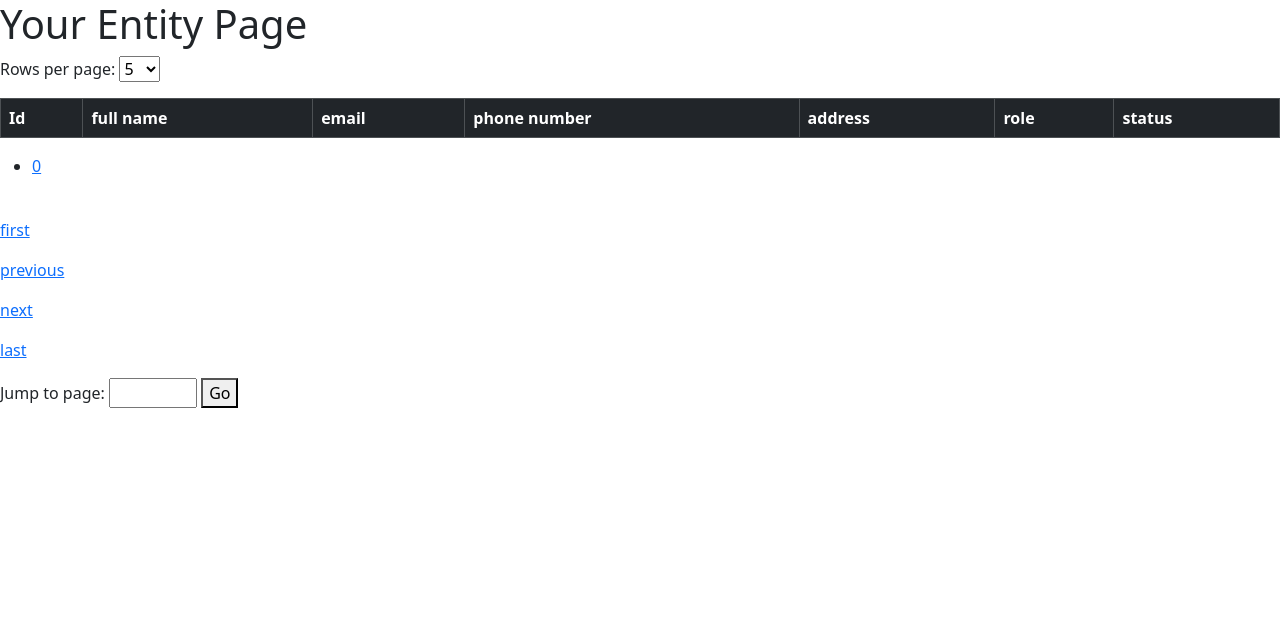
Repository: haitmq97/java-lab
Page: http://localhost/PRJ321x_Project1_haitmqfx22585/WEB-INF/views/page-list.jsp
These files come from the project's save history. The page is drawn as it stood at one moment and after the next save; the edit follows.
The browser window is 1280 px wide. The pictures show the whole page.
The page is served by Tomcat 9. Nobody is signed in. The template is opened directly, without the code that normally fills it, so the values that code supplies are empty.

Above is the page before, as saved 2024-01-14 09:30:03.

After the next save:
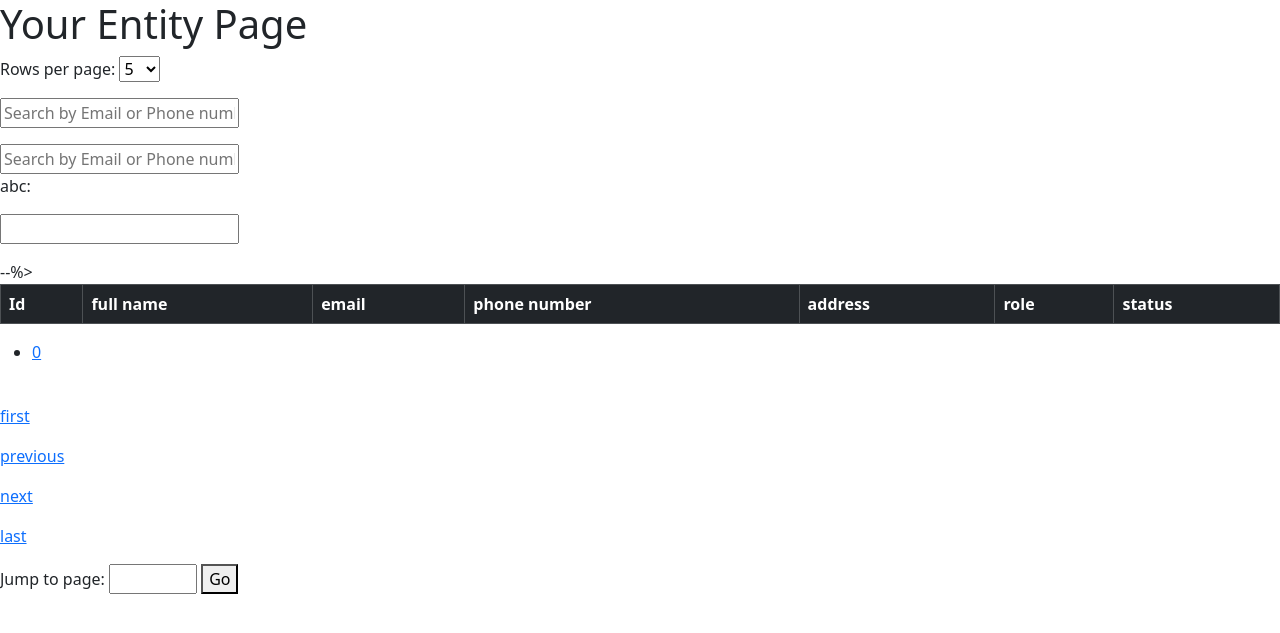
Saved 6 s later.
--- a/PRJ321x_Project1_haitmqfx22585/WebContent/WEB-INF/views/page-list.jsp
+++ b/PRJ321x_Project1_haitmqfx22585/WebContent/WEB-INF/views/page-list.jsp
@@ -31,7 +31,7 @@
 			<input type="submit" value="Submit">
 		</noscript>
 	</form>
-	<%--
+
 	<form action="" method="get">
 		<input type="text" name="searchingValue" value="${searchingValue}"
 			placeholder="Search by Email or Phone number"
